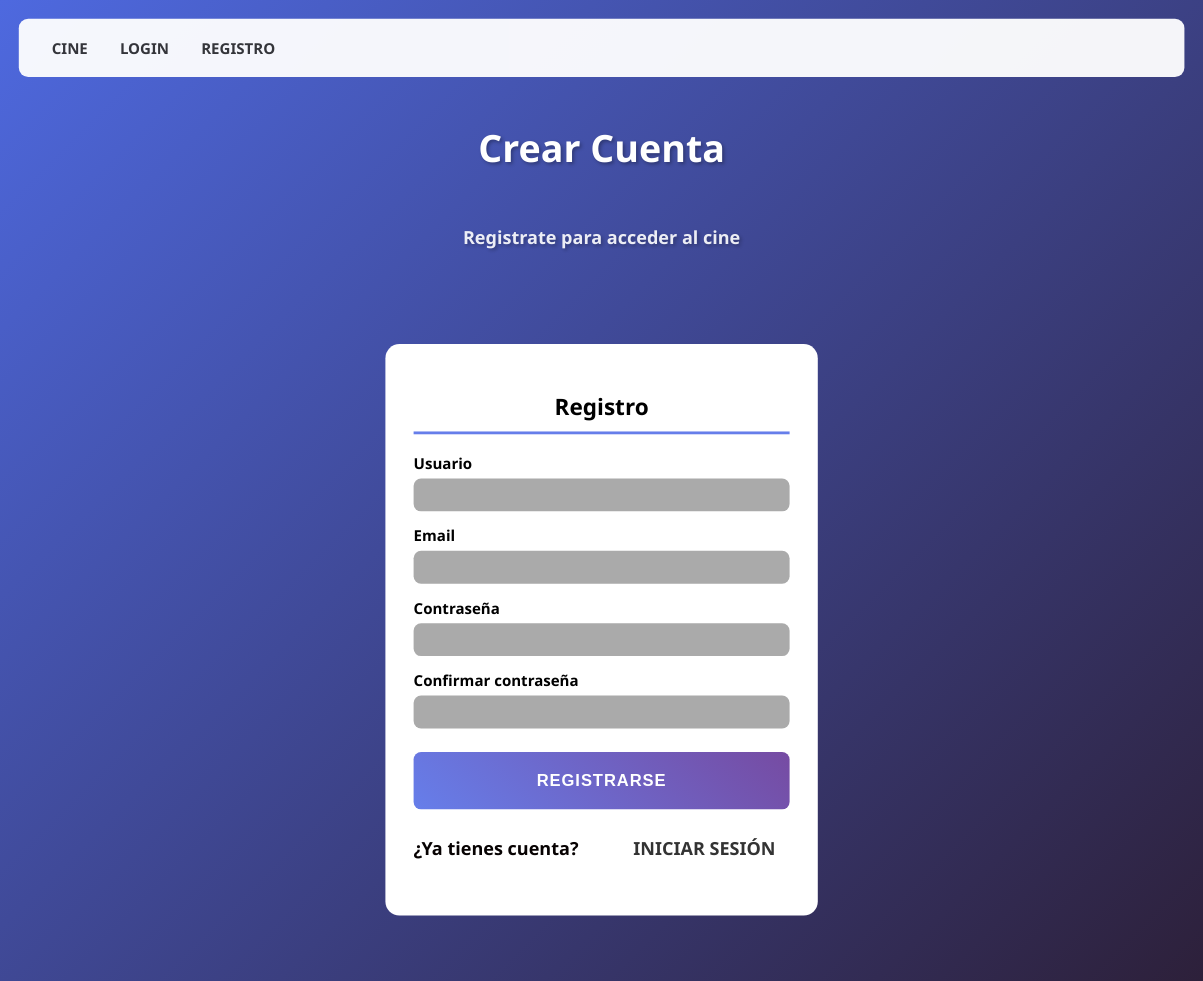
Repository: RoyScc/Practico-Django
Page: http://localhost/register/
These files come from the project's save history. The page is drawn as it stood at one moment and after the next save; the edit follows.
The browser window is 1280 px wide. The pictures show the whole page, at 94% of full size.
The page is served by the project's application, run on Django 5.2 (manage.py).

Above is the page before, as saved 2026-05-27 09:08:42.

After the next save:
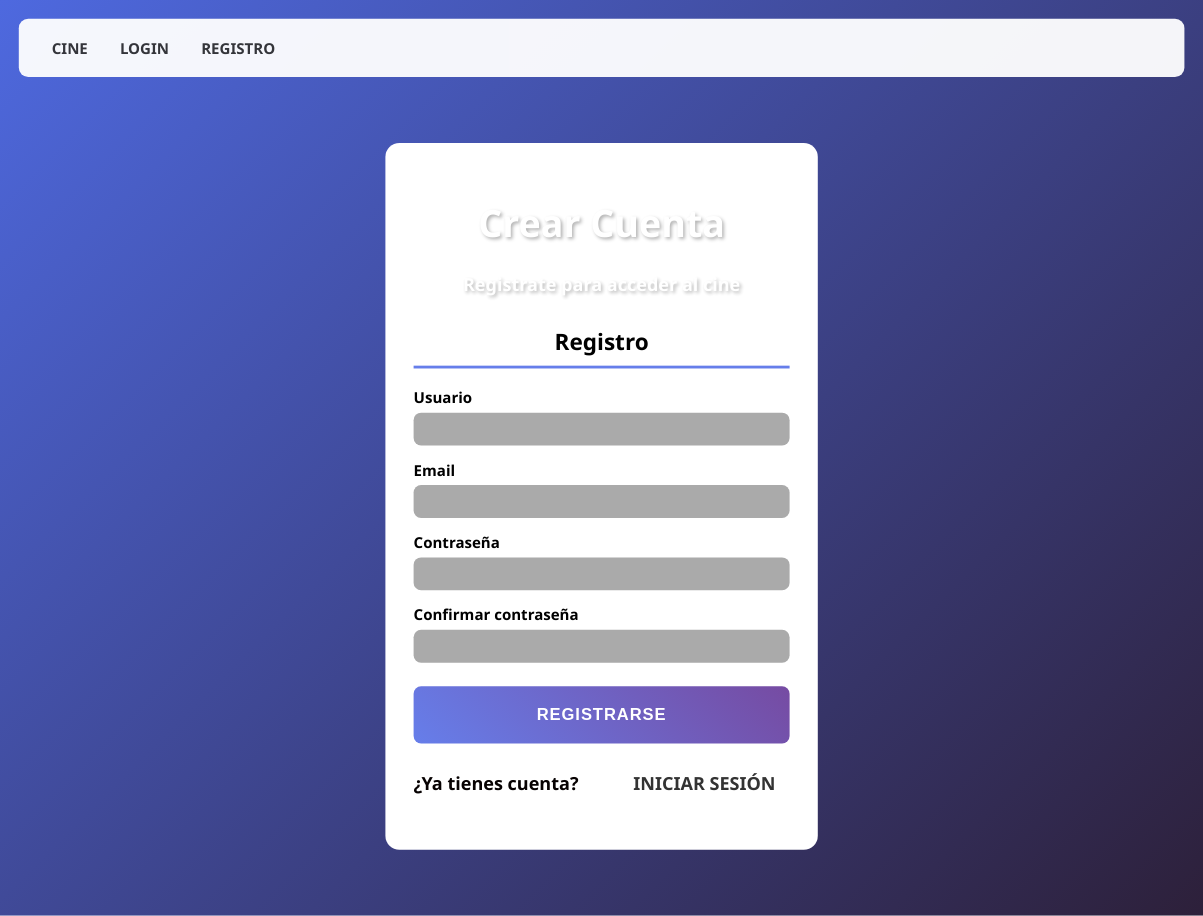
Saved 14 s later.
--- a/tickets/templates/tickets/register.html
+++ b/tickets/templates/tickets/register.html
@@ -4,11 +4,11 @@
 
 {% block body %}
 
-<h1>Crear Cuenta</h1>
-<h4>Registrate para acceder al cine</h4>
+
 
 <div class="register-container">
-
+    <h1>Crear Cuenta</h1>
+    <h4>Registrate para acceder al cine</h4>
     <h2 class="h3">Registro</h2>
 
     <form method="POST">
